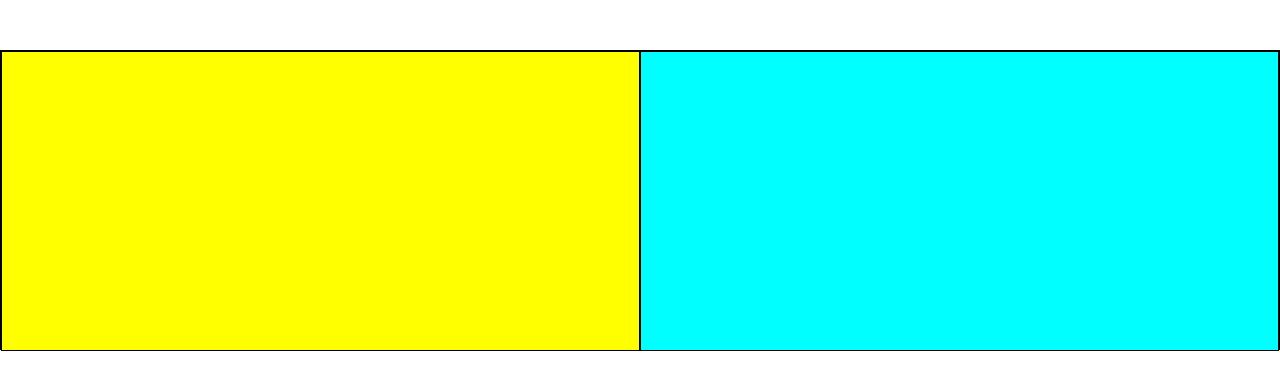
Repository: guddus326/Grass_Farm
Page: http://localhost/Grass_Farm/Login.jsp
The author's editor kept a copy of each file at every save. The page is drawn from the files as they stood at one save, then again after the next save.
The browser window is 1280 px wide. The pictures show the whole page.
The page is served by Tomcat 9.

Above is the page before, as saved 2021-03-15 13:57:12.

After the next save:
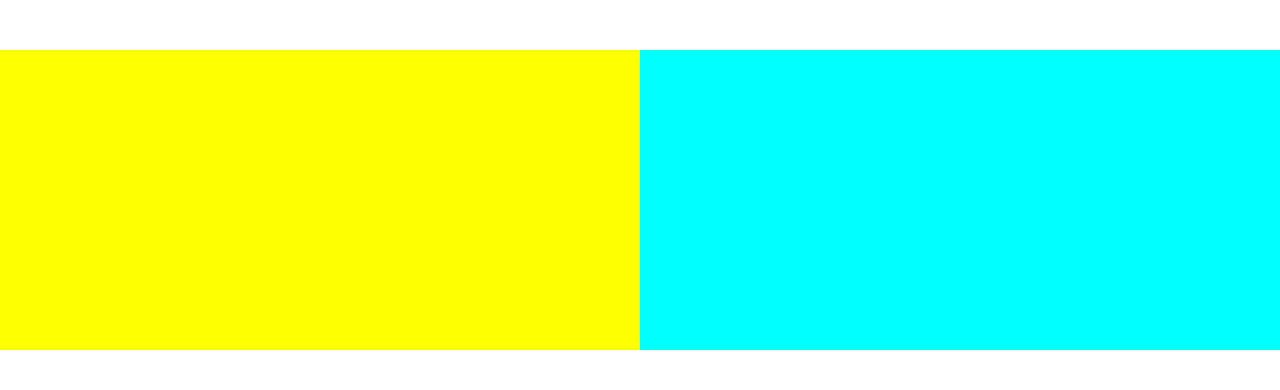
Saved 28 s later.
--- a/Grass_Farm/Grass_Farm/WebContent/Login.jsp
+++ b/Grass_Farm/Grass_Farm/WebContent/Login.jsp
@@ -42,23 +42,21 @@
 
 
 
- div {
+ 		div {
         width: 100%;
         height: 300px;
 
-        border: 1px solid #000;
+
     }
     div.left {
         width: 50%;
         float: left;
-        box-sizing: border-box;
 
         background: #ff0;
     }
     div.right {
         width: 50%;
         float: right;
-        box-sizing: border-box;
 
         background: #0ff;
     }
